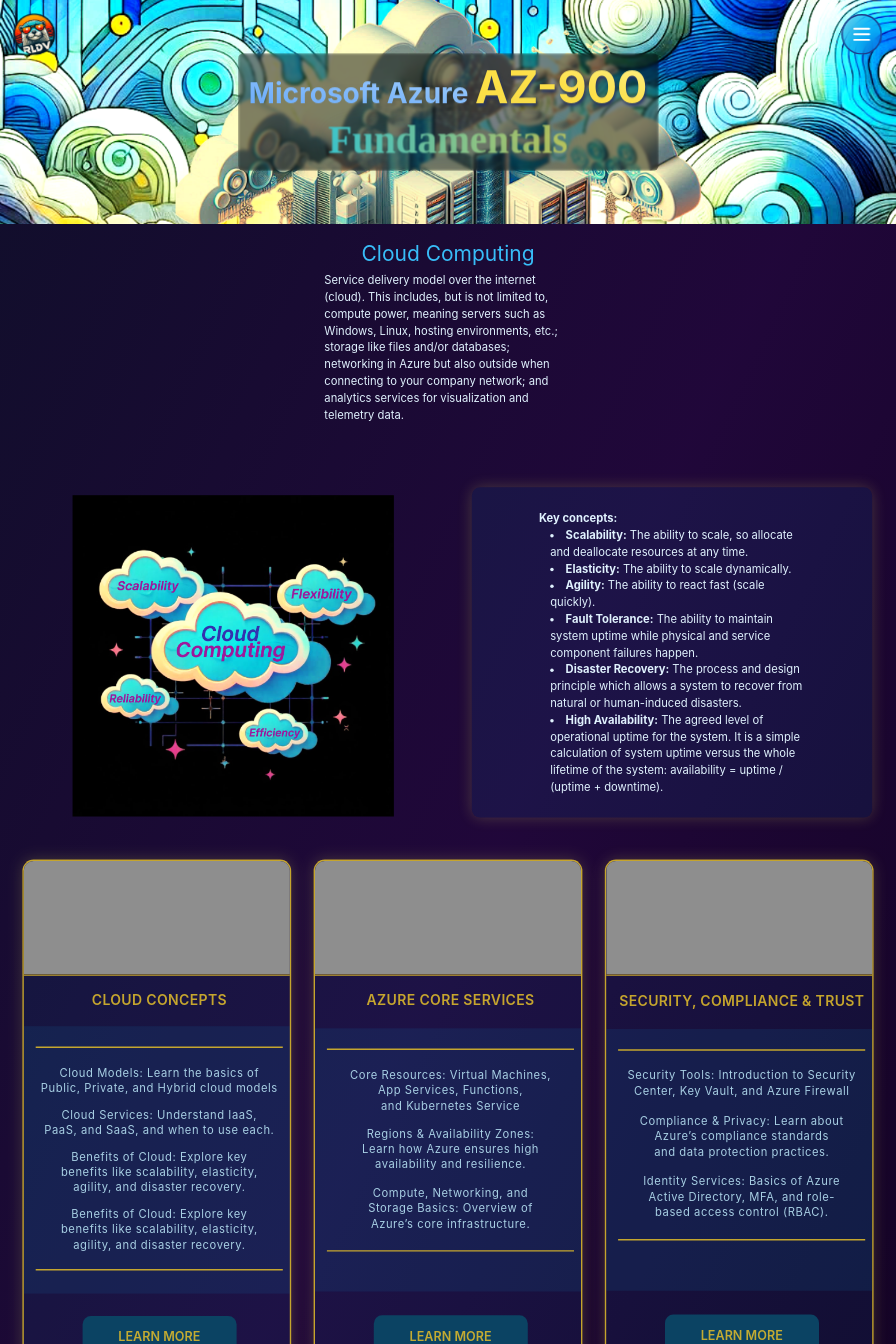
Repository: Freezler/az-900_svelte5
Page: /
An editor plug-in stored every save of this project. The page is shown before and after the next save, followed by the edit.
The browser window is 1280 px wide. The pictures show the part of the page from y = 0 to 1920 px (the page is 2706 px tall before and 2698 px after), at 70% of full size.
Pictures or frames that could not be fetched are drawn as grey boxes. The project was rebuilt for these pictures with package versions that can differ from the ones it lists, and the page was loaded fresh each time. The framework's server and built-in components were replaced by stand-ins that run in the browser. Also part of the build but not shown: vite.config.ts.

Above is the page before, as saved 2024-11-10 10:55:50.

### src/app.html
<!doctype html>
<html lang="en">
	<head>
		<meta charset="utf-8" />
		<link rel="icon" href="%sveltekit.assets%/favicon.png" />
		<meta name="viewport" content="width=device-width, initial-scale=1" />
		%sveltekit.head%
	</head>
	<body data-sveltekit-preload-data="hover" >
		<div style="display: contents">%sveltekit.body%</div>
	</body>
</html>

### src/routes/+layout.svelte
<script lang="ts">
	import '../app.css';
	let { children } = $props();

</script>

<div class="bg-gradient-to-br from-[#0d0c28fc] via-[#1b0135f9] to-[#10021e] bg-cover bg-center bg-no-repeat ">{@render children()}</div>

### src/routes/+page.svelte
<script lang="ts">
	import ComputingArticle from '../components/ComputingArticle.svelte';

	import Toggle from '../components/Toggle.svelte';
	import Header from '../components/Header.svelte';
	import Popover from '../components/Menu.svelte';
	import Cards from '../components/Cards.svelte';
	import Login from '../components/Login.svelte';
</script>

<header class="">
	<Popover />
	<Header />
</header>
<main>
	<section>
		<ComputingArticle />
		<Cards />
	</section>
	<aside><Toggle /></aside>
	<footer><Login /></footer>
</main>

### src/app.css
@tailwind base;
@tailwind components;
@tailwind utilities;

:root {
  --text-color  : rgba(244, 205, 48, 0.888);
  --bg-color    : hsla(217, 87%, 3%, 0.298);
  --bg-color2   : hsla(299, 91%, 31%, 0.974);
  --bg-gradient : 135deg, rgba(237, 249, 10, .7) 0%, rgba(216, 204, 37, 0.7) 35%, rgba(0, 212, 255, 0.7) 100%;
  --bg-gradient2: 90deg, rgba(216, 204, 37, 0.5) 0%, rgba(0, 212, 255, 0.5) 70%;
}

* {
  margin     : 0;
  padding    : 0;
  box-sizing : border-box;
  user-select: none;
  /* outline : 1px dotted red; */
}

body {
  font-family: 'Inter', sans-serif;


}

### src/components/ComputingArticle.svelte
<div class="grid items-center justify-center gap-2 place-self-center text-sky-100 w-[35ch] pt-6">
	<h2 class="text-3xl text-center text-sky-400">Cloud Computing</h2>
	<p>
		Service delivery model over the internet (cloud). This includes, but is not limited to, compute
		power, meaning servers such as Windows, Linux, hosting environments, etc.; storage like files
		and/or databases; networking in Azure but also outside when connecting to your company network;
		and analytics services for visualization and telemetry data.
	</p>
</div>

<section class="grid items-center grid-cols-1 lg:grid-cols-2 justify-center place-items-center place-self-center place-content-center gap-0	z-10 text-start">
	<img
		src="../public/images/cloud.png"
		alt="cloudSolutions"
		loading="lazy"

		class=" w-full md:w-[672px]  mx-auto rounded-2xl overflow-hidden  pr-12 mt-0"
	/>
	<article
		class=" bg-sky-600/10  text-sky-100 px-24 py-8 w-[572px] mt-16 rounded-xl shadow-[0_0px_22px_rgba(255,255,99,0.2)]"
	>
		<p><strong>Key concepts:</strong></p>
		<ul class="list-inside list-disc pl-4">
			<li>
				<strong>Scalability:</strong> The ability to scale, so allocate and deallocate resources at any
				time.
			</li>
			<li><strong>Elasticity:</strong> The ability to scale dynamically.</li>
			<li><strong>Agility:</strong> The ability to react fast (scale quickly).</li>
			<li>
				<strong>Fault Tolerance:</strong> The ability to maintain system uptime while physical and service
				component failures happen.
			</li>
			<li>
				<strong>Disaster Recovery:</strong> The process and design principle which allows a system to
				recover from natural or human-induced disasters.
			</li>
			<li>
				<strong>High Availability:</strong> The agreed level of operational uptime for the system. It
				is a simple calculation of system uptime versus the whole lifetime of the system: availability
				= uptime / (uptime + downtime).
			</li>
		</ul>
	</article>
</section>

### src/components/Toggle.svelte
<script lang="ts">

	let name = $state('Randy');
	let status: 'DARK' | 'LIGHT' = $state('DARK');
	let full_name = $derived(name + ' ' + 'de vries');

	function toggle() {
		status = status === 'DARK' ? 'LIGHT' : 'DARK';
	}

	function onclick() {
		status = status === 'DARK' ? 'LIGHT' : 'DARK';
		window.document.body.classList.toggle('dark-mode')
	}
</script>

<div class="max-w-[400px] mx-auto grid place-items-center items-center justify-center gap-2 border-2 p-4  py-8 my-4 bg-yellow-600/10">
		<p class="text-2xl font-serif text-white ">
			set theme: <span class="font-sans {status === 'LIGHT' ? 'text-gray-200' : 'text-red-900'}">{status}</span>
		</p>

		<!-- <button on:click={toggle}>toggle status</button> -->
		<button
			class=" w-[176px] rounded bg-blue-500 px-4 py-2 font-bold text-white hover:bg-blue-700 active:scale-[.98]"
			type="button"
			onclick={toggle}>Toggle theme</button
		>
	</div>

### src/components/Header.svelte
<script lang="ts">
	// Declare props
	let { name = 'AZ-900' } = $props();

	// Local state for the surname
	let surname = $state('Fundamentals');

	// Derived state for the full name
	let full_name = $derived(`${name} ${surname}`);
</script>

<div
	class="max-w-[100svw] z-100 mx-auto grid h-80 place-content-center place-items-center items-center justify-center bg-[url('/public/images/headImage.png')] bg-cover bg-top"
>
	<div class="grid backdrop-blur-[2px] px-4 rounded-lg backdrop-brightness-[.50] pb-4">
		<h1
			class="shadow-[rgba(7, 25, 224, 0.9)] drop bg-clip-text text-center text-[clamp(1rem,5vw,2.5rem)] font-bold text-transparent bg-gradient-to-tr from-blue-400 via-blue-300 to-blue-700  drop-shadow-[-2px_2px_2px_rgba(137, 25, 224, 0.9)]"
		>
			Microsoft Azure <span
				class="bg-gradient-to-tr from-yellow-300 via-yellow-300 to-yellow-200 bg-clip-text text-[clamp(2.8rem,5vw,8.5rem)] font-bold text-transparent drop-shadow-[2px_4px_2px_rgba(36,50,100,0.9)]"
				>{name}</span
			>
		</h1>
		<h3
			class="bg-clip-text text-6xl text-center text-[clamp(1rem,5vw,3.5rem)] font-[700] font-[montserrat] bg-gradient-to-r from-[hsl(192,88%,51%)] via-[--hsl(192,88%,71%)] to-[--text-color]  pb- text-transparent drop-shadow-[2px_4px_32px_rgba(6,100,150,0.9)] backdrop-brightness-[.90] "
		>
			{surname}
		</h3>
	</div>
</div>

### src/components/Menu.svelte
<script lang="ts">
	import { cubicInOut } from 'svelte/easing';
	import { fly } from 'svelte/transition';
	let showMenu: boolean = $state(false);


</script>

	<!-- Your existing code -->

<img
	src="/public/images/Design 2.png"
	alt="Ran form Logo"
	class="fixed left-[16px] top-[16px] w-[64px] rounded-full z-[200]"
/>
<button
	onclick={() => (showMenu = !showMenu)}
	class="fixed right-[20px] top-[20px] flex  h-[58px] w-[58px] items-center justify-center rounded-full bg-blue-600/20 backdrop-blur text-white border-2 border-blue-900"
>
	<svg
		xmlns="http://www.w3.org/2000/svg"
		class="h-8 w-8"
		fill="none"
		viewBox="0 0 24 24"
		stroke="currentColor"
	>
		{#if showMenu}
			<path
				stroke-linecap="round"
				stroke-linejoin="round"
				stroke-width="2"
				d="M6 18L18 6M6 6l12 12"
			/>
		{:else}
			<path
				stroke-linecap="round"
				stroke-linejoin="round"
				stroke-width="2"
				d="M4 6h16M4 12h16M4 18h16"
			/>
		{/if}
	</svg>
</button>

{#if showMenu}
	<ul
		class="items-center justify-center fixed bottom-0 right-0 z-100 grid h-[50vh] w-[100vw] border-t border-blue-900 place-content-center bg-blue-600/20 backdrop-blur text-white uppercase text-center text-xl z-[200]"
		transition:fly={{ y: 100, duration: 420, easing: cubicInOut }}
	>
		<li class="px-2 py-4 w-[80vw] underline underline-offset-4 transition-colors ease-linear duration-400 hover:bg-blue-600/20 rounded-t-lg  bg-blue-200/30">
			<a href="/">Home</a>
		</li>
		<li class=" px-2 py-4 transition-colors hover:underline underline-offset-4  ease-linear duration-400 hover:bg-blue-600/20  bg-blue-200/30">
			<a href="/concepts">Concepts</a>
		</li>
		<li class=" px-2 py-4 transition-colors hover:underline underline-offset-4 ease-linear duration-400 hover:bg-blue-600/20  bg-blue-200/30">
			<a href="/security">Security</a>
		</li>
		<li class="px-2 py-4 transition-colors  hover:underline underline-offset-4 ease-linear duration-400 hover:bg-blue-600/20 rounded-b-lg  bg-blue-200/30">
			<a href="/services">Services</a>
		</li>
	</ul>
{/if}

### src/components/Cards.svelte
<script>
	import { goto } from '$app/navigation';
	// Define your plans as an array of objects
	const concepts = [
		{
			url: 'concepts',
			image:
				'https://learn.microsoft.com/training/achievements/microsoft-azure-fundamentals-describe-cloud-concepts-social.png',
			name: 'Cloud Concepts',
			features: [
				'Cloud Models: Learn the basics of Public, Private, and Hybrid cloud models',
				'Cloud Services: Understand IaaS, PaaS, and SaaS, and when to use each.',
				'Benefits of Cloud: Explore key benefits like scalability, elasticity, agility, and disaster recovery.',
				'Benefits of Cloud: Explore key benefits like scalability, elasticity, agility, and disaster recovery.'

			]
		},
		{
			url: 'services',
			image:
				'https://images.unsplash.com/photo-1667372459510-55b5e2087cd0?q=80&w=1932&auto=format&fit=crop&ixlib=rb-4.0.3&ixid=M3wxMjA3fDB8MHxwaG90by1wYWdlfHx8fGVufDB8fHx8fA%3D%3D',
			name: 'Azure Core Services',
			features: [
				'Core Resources: Virtual Machines, App Services, Functions, and Kubernetes Service',
				'Regions & Availability Zones: Learn how Azure ensures high availability and resilience.',
				'Compute, Networking, and Storage Basics: Overview of Azure’s core infrastructure.'
			]
		},
		{
			url: 'security',
			image:
				'https://plus.unsplash.com/premium_photo-1700830452756-1a3f4314e564?q=80&w=1674&auto=format&fit=crop&ixlib=rb-4.0.3&ixid=M3wxMjA3fDB8MHxwaG90by1wYWdlfHx8fGVufDB8fHx8fA%3D%3D',
			name: 'Security, Compliance & Trust',
			features: [
				'Security Tools: Introduction to Security Center, Key Vault, and Azure Firewall',
				'Compliance & Privacy: Learn about Azure’s compliance standards and data protection practices.',
				'Identity Services: Basics of Azure Active Directory, MFA, and role-based access control (RBAC).'
			]
		}
	];
</script>

<section
	class="z-10 grid grid-rows-1 gap-8 py-8 md:grid-cols-2 md:gap-8 md:px-8 xl:grid-cols-3"
>
	{#each concepts as concept}
		<div
			class=" pt-1  grid grid-rows-[148px_64px_auto_auto] place-items-center overflow-hidden rounded-2xl border-2 border-[--text-color] bg-sky-600/10 pb-9 shadow-[0_0px_22px_rgba(255,255,99,0.2)] brightness-90 transition duration-700 hover:scale-[1.001] hover:border-[hsla(184,69%,60%,1)] hover:shadow-[2px_6px_12px_rgba(22,125,22,0.9)]"
		>
			<img
				src={concept.image}
				class=" z-10 h-[172px] pt-2  w-full border-b-2 border-[--text-color] object-cover object-center hover:border-[hsla(184,69%,60%,1)]"
				loading="lazy"
				alt="concept"
			/>
			<div class="row-span-2 grid grid-cols-subgrid place-items-center items-center justify-center">
				<h2 class="] mt-[28px] text-xl font-semibold uppercase tracking-wide text-[--text-color]">
					{concept.name}
				</h2>
			</div>

			<div
				class=" row-span-12 my-5 w-full grid grid-rows-subgrid place-items-start items-start gap-4 text-pretty border border-transparent bg-sky-500/10 px-4 pt-7 pb-6 text-center"
			>
				{#each concept.features as feature}
					<h3
						class="border-b-1 mx-auto  grid w-[35ch]  grid-rows-subgrid text-balance border-[--text-color] px-0 text-[14px] font-normal leading-snug tracking-wider text-sky-200 py-0 first:border-t-2 first:pt-6 last:pb-6 last:border-b-2 lg:text-[16px] border-s-fuchsia-400 ">
						{feature}
					</h3>
				{/each}
			</div>
			<button
				type="button"
				class="mx-auto mt-3 w-[220px] grid-cols-subgrid rounded-xl border-[2px_solid_var(--text-color)] bg-sky-900 px-8 py-4 text-base font-semibold uppercase text-[--text-color] transition duration-[420ms] hover:bg-sky-500 hover:text-white hover:shadow-[2px_2px_22px_rgb(65,183,255,0.9)] md:text-lg lg:text-lg"
				><a href="/{concept.url}">Learn more</a></button
			>
		</div>
	{/each}
</section>

### src/components/Login.svelte
<script>
	import { onMount } from 'svelte';
	let user = $state('Stranger');
	/**
	 * @param {any} response
	 */
	function googleLoginEndpoint(response) {
	  console.log('Google login successful:', response);
	}

	// onMount(() => {
	//   const script = document.createElement("script");
	//   script.src = "https://accounts.google.com/gsi/client";
	//   script.async = true;
	//   script.defer = true;
	//   document.head.appendChild(script);
	// });
</script>

<div class="relative flex min-h-[60vh] items-center justify-center py-16 ">
	<div class="flex w-full max-w-4xl flex-col overflow-hidden rounded-lg shadow-lg md:flex-row">
		<!-- Left side: Logo and Welcome message -->
		<div
			class="flex flex-col items-center justify-center bg-[url('/public/images/headImage.png')] bg-cover bg-center object-cover p-14 text-white md:w-1/2 "
		>
			<img
				src="/public/images/Design 2.png"
				alt="Ran form Logo"
				class="mb-4 h-40 w-40 rounded-full"
			/>
			<h2 class="text-2xl font-semibold p-2 rounded-xl bg-slate-600/50  ">Good Evening {user}!</h2>
			<p class="mt-2 text-center text-lg rounded-xl bg-slate-600/50  p-2 ">Log in to your account!</p>
		</div>

		<!-- Right side: Login Form -->
		<div
			class="flex flex-col items-center justify-center  h-[50vh] bg-blue-600/40 backdrop-blur pt-8 "
		>
			<!-- Google Login Button -->
			<div
				id="g_id_onload"
				data-client_id="YOUR_GOOGLE_CLIENT_ID"
				data-context="signin"
				data-callback="googleLoginEndpoint"
				data-close_on_tap_outside="false"
				data-prompt_parent_id="g_id_onload"
			></div>

			<button
				class="flex w-3/5 items-center justify-center space-x-2 rounded-full border border-gray-300 bg-white py-2 shadow-md hover:bg-gray-50 focus:outline-none"
			>
				<span class="fab fa-google text-gray-500"></span>
				<span class="text-gray-700">Continue with Google</span>
			</button>

			<!-- Divider -->
			<div class="my-4 flex w-full items-center">
				<hr class="flex-grow border-t border-gray-300" />
				<span class="px-3 text-gray-500">OR</span>
				<hr class="flex-grow border-t border-gray-300" />
			</div>

			<!-- Email Login Button -->
			<button
				class="flex w-3/5 items-center justify-center space-x-2 rounded-full border border-gray-300 bg-white py-2 shadow-md hover:bg-gray-50 focus:outline-none"
			>
				<span class="fa fa-user text-gray-500"></span>
				<span class="text-gray-700">Enter Email & Password</span>
			</button>

			<!-- Sign up and Terms Links -->
			<div class=" w-full text-center">
				<p class="text-sm text-red-300">
					Don't have an account? <a href="_blank" class="text-blue-600 hover:underline">Sign up</a>
				</p>
				<p class="mt-0 text-xs text-gray-500 w-[50ch]">
					By continuing, you agree to our <a href="_blank" target="_blank" class="hover:underline"
						>Terms of Service</a
					>
					and
					<a href="_blank" target="_blank" class="hover:underline">Privacy Policy</a>.
				</p>
			</div>
		</div>
	</div>
</div>

### tailwind.config.ts
import aspectRatio from '@tailwindcss/aspect-ratio';
import containerQueries from '@tailwindcss/container-queries';
import forms from '@tailwindcss/forms';
import typography from '@tailwindcss/typography';
// import type { Config } from 'tailwindcss';

export default {
	content: ['./src/**/*.{html,js,svelte,ts}'],


	theme: {
		extend: {
			animation: {



			},

			keyframes: {

			}

		}
	},

	plugins: [typography, forms, containerQueries, aspectRatio]
}

After the next save:
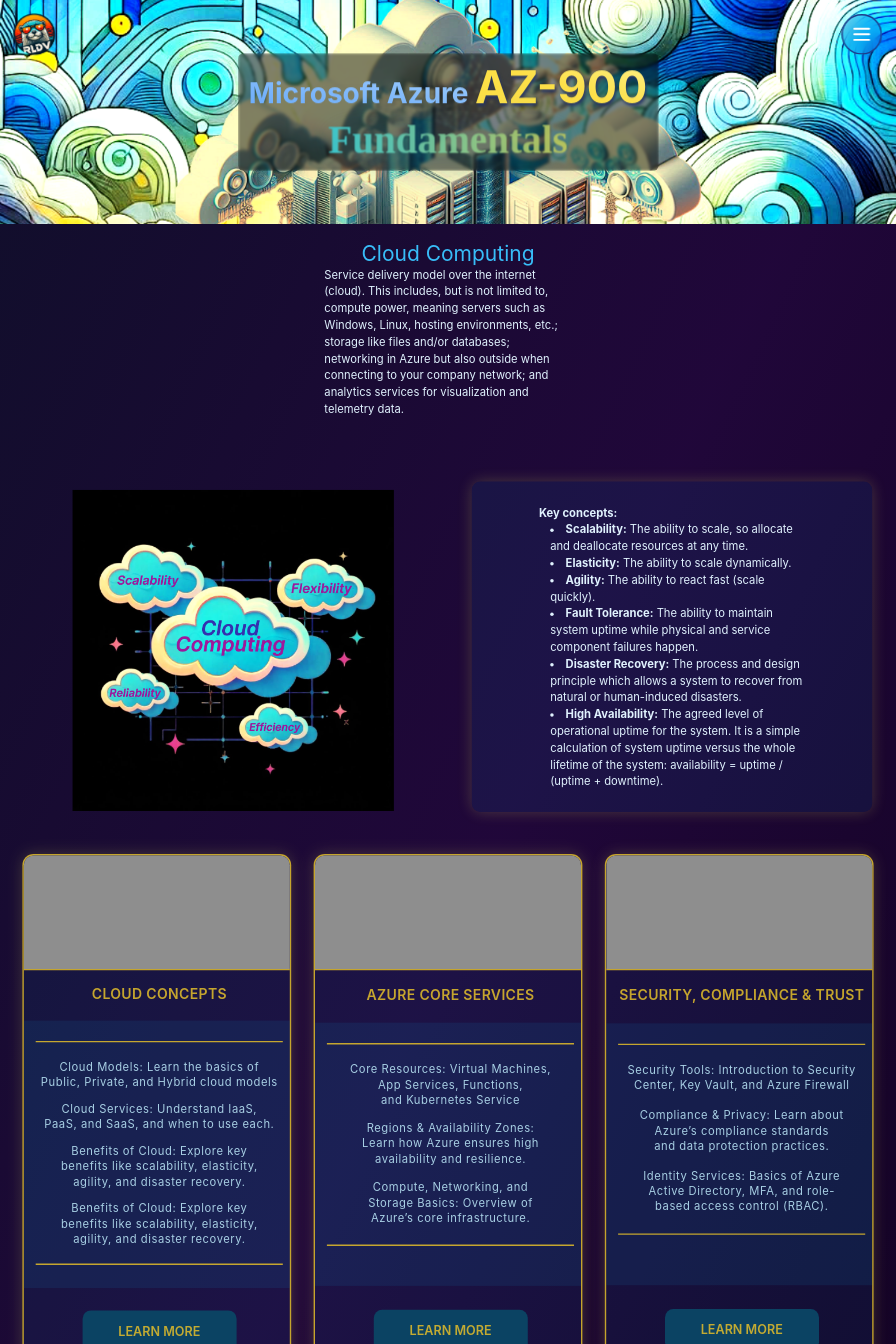
Saved 13 s later.
--- a/src/components/ComputingArticle.svelte
+++ b/src/components/ComputingArticle.svelte
@@ -1,4 +1,4 @@
-<div class="grid items-center justify-center gap-2 place-self-center text-sky-100 w-[35ch] pt-6">
+<div class="grid items-center justify-center  place-self-center text-sky-100 w-[35ch] pt-6">
 	<h2 class="text-3xl text-center text-sky-400">Cloud Computing</h2>
 	<p>
 		Service delivery model over the internet (cloud). This includes, but is not limited to, compute

After the save that followed:
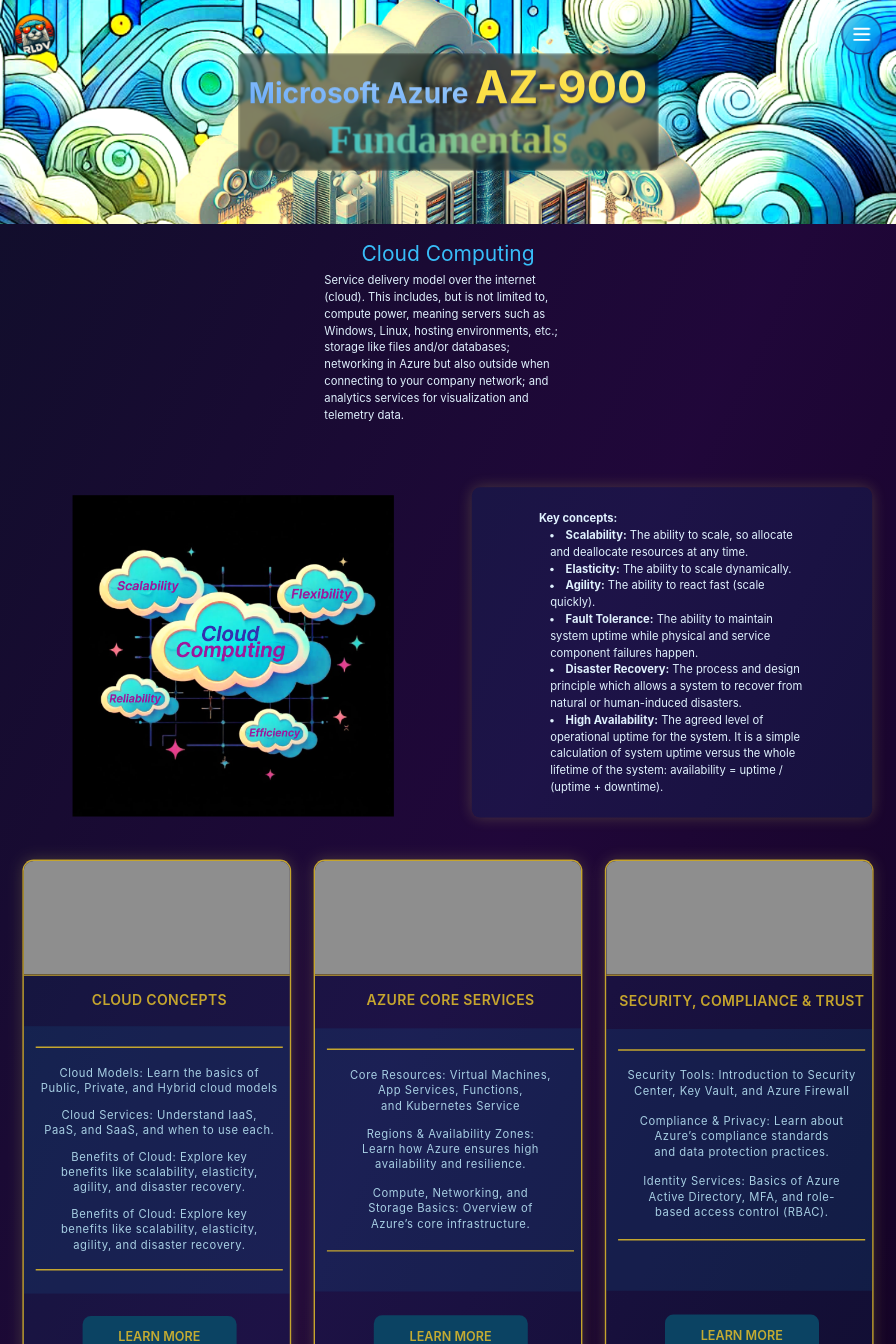
Saved 5 s later.
--- a/src/components/ComputingArticle.svelte
+++ b/src/components/ComputingArticle.svelte
@@ -1,4 +1,4 @@
-<div class="grid items-center justify-center  place-self-center text-sky-100 w-[35ch] pt-6">
+<div class="grid items-center justify-center gap-2 place-self-center text-sky-100 w-[35ch] pt-6">
 	<h2 class="text-3xl text-center text-sky-400">Cloud Computing</h2>
 	<p>
 		Service delivery model over the internet (cloud). This includes, but is not limited to, compute
